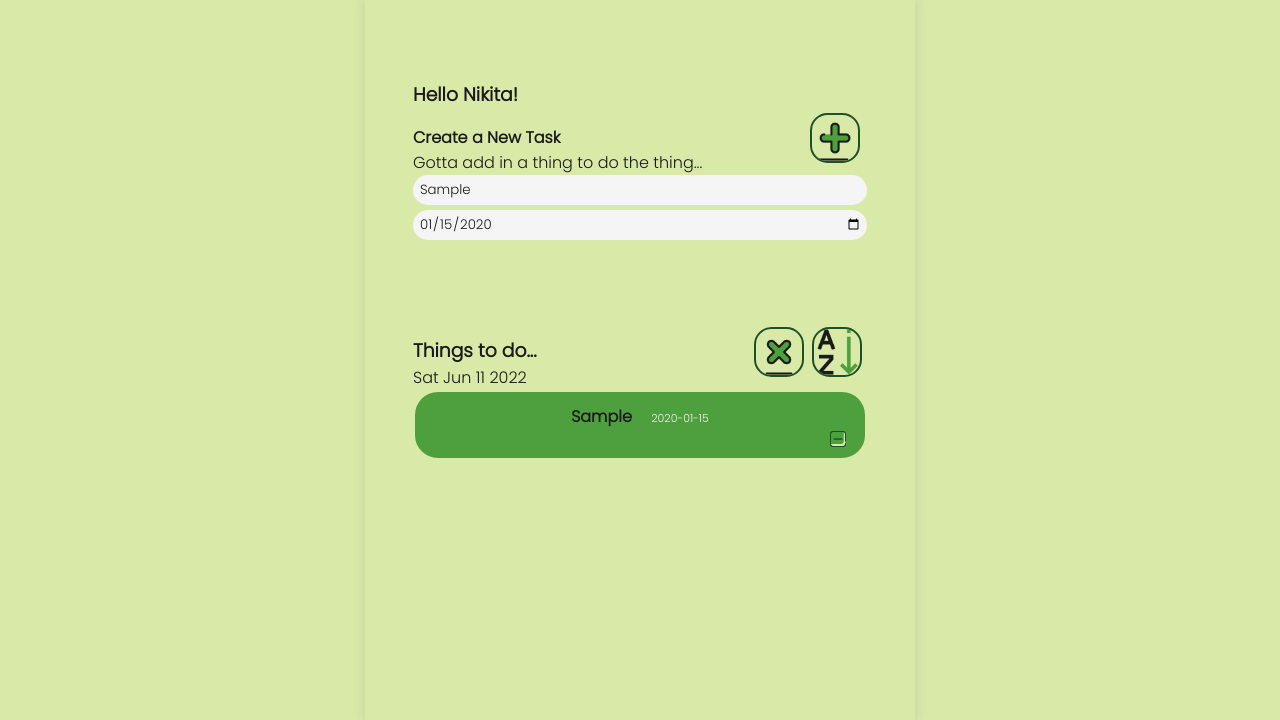
Repository: acidpixie/todo-app-version3
Page: index.html
An editor plug-in stored every save of this project. The page is shown before and after the next save, followed by the edit.
The browser window is 1280 px wide. The pictures show the whole page.
Empty fields were first filled with sample values (such as "Sample", 5 or name@example.com).
After loading, the first visible `#add-new-task-button` was clicked once.

Above is the page before, as saved 2022-06-23 21:28:59.
Console error: ReferenceError: load is not defined

### index.html
<!DOCTYPE html>
<html lang="en">
<head>
    <meta charset="UTF-8">
    <meta http-equiv="X-UA-Compatible" content="IE=edge">
    <meta name="viewport" content="width=device-width, initial-scale=1.0">
    <title>Todo Application</title>

    <link rel="stylesheet" type="text/css" href="css/stylesheet.css">
    <script type="text/javascript" src="js/script.js" defer></script>

    <!--google fonts - poppins-->
    <link rel="preconnect" href="https://fonts.googleapis.com">
    <link rel="preconnect" href="https://fonts.gstatic.com" crossorigin>
    <link href="https://fonts.googleapis.com/css2?family=Poppins:wght@200;300&display=swap" rel="stylesheet">


</head>
<body>

    <section>
        <header class="heading">
        <h3>Hello&nbsp;<div contenteditable="true">Nikita!</div></h3>
        </header>

        <div>
            <h4>Create a New Task</h4>
            <form>
                <label>Gotta add in a thing to do the thing...</label>
                <input type="text" class="user-input" id="input-task" placeholder="e.g go to gym">
                <p id="empty-input" class="empty-input"></p>
                <input type="date" class="user-date" id="input-date">
                <img src="images/add.png" type="submit" class="add-new-task" id="add-new-task-button" alt="plus icon"></img>
                </label>
            </form>
       </div>
    </section>

    <section>
        <div id="display-tasks" class="display">
            <h3>Things to do...</h3>
            <span class="title-date" id="title-date"></span>
            <ul class="task-item" id="task-list">
              <!--  <li class="list-item" id="list-item" data-id="${newTask.taskId}">

                    <div class="list-container" id="lists-container">
                        <span class="list-input" id="list-input" contenteditable="true">${newTask.taskname}</span>
                        <span class="list-date-input" id="list-date-input" contenteditable="true">${newTask.taskdate}</span>
                    </div>
                    <div class="list-buttons">
                        <button class="edit-item" id="edit-item"></button>
                        <img src="images/del.png" class="delete-item" id="delete-item"></img>
                    </div>

                </li> -->
            </ul>
        </div>
    </section>

    <section class="user-buttons" id="buttons-user">
        <img src="images/delete.png" class="user-button" id="clear-button" alt="cross icon"></img>
        <img src="images/sort-a-z.png" class="user-button" id="sort-button" alt="a-z arrow icon"></img>
    </section>


</body>
</html>

### css/stylesheet.css
/*color pallet
#191A19 - black
#1E5128 - dark green
#4E9F3D - light green
#D8E9A8 - whitish green gray
#f5f5f5 - white smoke
*/



* {
    box-sizing: border-box;
    font-family: "poppins", sans-serif;
    margin: 0;
}

body {
    background-color: #D8E9A8;
    color: #191A19;
    max-width: 550px;
    min-height: 100vh;
    margin: auto;
    box-shadow: 0 1px 10px 0px rgba(176, 173, 173, 0.467);
    position: relative;
}


section {
    padding: 3rem;
}

.heading {
    padding-top: 2rem;
    padding-bottom: 1rem;
}

form {
    display: flex;
    flex-direction: column;
}

input {
    height: 30px;
    border: solid 5px #f5f5f5;
    color: #191A19;
    background-color: #f5f5f5;
    border-radius: 25px;
}

.user-date {
    margin-top: 5px;
}

li {
    display: flex;
    flex-direction: row;
    padding-left: 0;
    padding-top: 10px;
    list-style: none;
}

ul{
    margin: 0;
    padding: 0;
}

li {
    display: flex;
    flex-direction: column;
    justify-content: center;
    height: 70px;
    width: auto;
    background-color: #4E9F3D ;
    border: solid 2px #D8E9A8;
    border-radius: 25px;
    align-items: center;
}

.edit-item {
    font-size: 8px;
    background-color: transparent;
    border: none;
    color: #D8E9A8;
    cursor: pointer;
}

.delete-item {
    margin-left: 380px;
    height: 20px;
    width: 20px;
    background-color: transparent ;
    border: none;
    cursor: pointer;
}


.user-buttons {
    display: flex;
    flex-direction: row;
    gap: 8px;
    position: absolute;
    bottom: 41%;
    right: 1%;
}

.user-button {
    display: flex;
    height: 50px;
    width: 50px;
    gap: 10px;
    border: solid 2px #1E5128;
    border-radius: 35%;
    cursor: pointer;

}

.user-button:hover {
    background-color: #1E5128;
}

.add-new-task {
    height: 50px;
    width: 50px;
    margin-top: 5px;
    position: absolute;
    top: 15%;
    right: 10%;
    background-color: none;
    border: solid 2px #1E5128;
    border-radius: 35%;
    cursor: pointer;
}

.add-new-task:hover {
    background-color: #1E5128;
}



.completed-task {
    text-decoration: line-through;
  }

.completed {
    filter: opacity(50%);
  }

.list-date-input {
    font-size: 11px;
    color: #f5f5f5 ;
    padding-left: 15px;

}

.list-input {
    font-weight: 600;
}

h3 {
    display: flex;
}

.empty-input {
    display: flex;
    justify-content: center;
    font-size: 12px;
    color: #9a1616;
}


@media screen and (max-width: 672px) {
    .user-buttons {
        display: flex;
        flex-direction: row;
        gap: 8px;
        position: absolute;
        bottom: 83%;
        right: 1%;
    }

    .add-new-task {
        height: 50px;
        width: 50px;
        margin-top: 5px;
        position: absolute;
        top: 4%;
        right: 10%;
        background-color: none;
        border: solid 2px #1E5128;
        border-radius: 35%;
        cursor: pointer;

    }}


@media screen and (max-width: 990px) {
    .user-buttons {
        display: flex;
        flex-direction: row;
        gap: 8px;
        position: absolute;
        bottom: 83%;
        right: 1%;
    }

    .add-new-task {
        height: 50px;
        width: 50px;
        margin-top: 5px;
        position: absolute;
        top: 4%;
        right: 10%;
        background-color: none;
        border: solid 2px #1E5128;
        border-radius: 35%;
        cursor: pointer;

    }}

@media screen and (max-width: 1280px) {

    .user-buttons {
        display: flex;
        flex-direction: row;
        gap: 8px;
        position: absolute;
        bottom: 41%;
        right: 1%;
    }


    .add-new-task {
        height: 50px;
        width: 50px;
        margin-top: 5px;
        position: absolute;
        top: 15%;
        right: 10%;
        background-color: none;
        border: solid 2px #1E5128;
        border-radius: 35%;
        cursor: pointer;
}}

### js/script.js
//today's date function
let date = new Date();
let dateHeader = date.toDateString();

const dateToday = document.getElementById('title-date');
dateToday.innerHTML = dateHeader;

const LOCAL_STORAGE_APP_KEY = "todo-app-storage-key";
let taskArray = JSON.parse(localStorage.getItem(LOCAL_STORAGE_APP_KEY)) || [];

//input variables
let taskInput = document.getElementById("input-task");
let taskInputDate = document.getElementById("input-date");
const taskInputSubmit = document.getElementById("add-new-task-button");
const emptyInput= document.getElementById("empty-input");

const taskList = document.getElementById("task-list");

const clearTaskList = document.getElementById("clear-button");
const sortTaskList = document.getElementById("sort-button");

let editInputTask = "";
let editInputDate = "";
let editId = "";
let isEdit = false;

// let taskArray = [];

class Task {
    constructor(taskid, taskname, taskdate) {
        this._taskid = taskid;
        this._taskname = taskname;
        this._taskdate = taskdate;
    }

    get taskid() {
        return this._taskid;
      }

      set taskid(newTaskId) {
        this._taskid = newTaskId;
      }

      get taskname() {
        return this._taskname;
      }

      set taskname(newTaskName) {
        this._taskname = newTaskName;
      }

      get taskdate() {
        return this._taskdate;
      }

      set taskdate(newTaskDate) {
        this._taskdate = newTaskDate;
      }
    }

    //event listeners

    taskInputSubmit.addEventListener("click", addTask);
    clearTaskList.addEventListener("click", clearTasks);
    sortTaskList.addEventListener("click", sortTasks);

    //function to add in a new task

    function addTask(e) {
        e.preventDefault();

        let userInput = document.getElementById("input-task").value;
        let userInputDate = document.getElementById("input-date").value;

        let newTaskId = new Date().getTime().toString();
        let userInputTask = userInput.charAt(0).toUpperCase() + userInput.slice(1);

        emptyInput.innerHTML= "";

        if (userInputTask !== "" && !isEdit) {
            let newTask = new Task(newTaskId, userInputTask, userInputDate);
            taskArray.push(newTask);

            const listElement = document.createElement("li");
            listElement.classList.add("list-item");
            const attr = document.createAttribute("data-id");
            attr.value = newTaskId;
            listElement.setAttributeNode(attr);

            //template literal to add in list inputs
            listElement.innerHTML = `
            <div class="list-container">
            <span class="list-input" id="list-input" contenteditable="true">${newTask.taskname}</span>
            <span class="list-date-input" id="list-date-input" contenteditable="true">${newTask.taskdate}</span>
            </div>
            <div class="list-buttons">
            <button class="edit-item" id="edit-item"></button>
            <img src="images/del.png" class="delete-item" id="delete-item"></img>
            </div>
            `;

            //variables and event listeners for buttons created in new li element
            const taskContent = listElement.querySelector(".list-container");
            const deleteButton = listElement.querySelector(".delete-item");
            const editButton = listElement.querySelector(".edit-item");

           deleteButton.addEventListener("click", deleteTask);
           editButton.addEventListener("click", editTask);

            taskList.appendChild(listElement);

            taskContent.addEventListener("dblclick", function(){
                taskContent.classList.toggle("completed-task");
                listElement.classList.toggle("completed");
            });

            saveAndRender();

        } else if (userInputTask !== "" && isEdit) {
            editInputTask.innerHTML = userInputTask;
            editInputDate.innerHTML = userInputDate;

            saveAndRender();

        } else if (userInputTask === "") {
            emptyInput.innerHTML = "task input cannot be blank";
        } else {
            emptyInput.innerHTML = "";
        }
    }

    // clear tasks

    function clearTasks() {
        const allTasks = document.querySelectorAll(".list-item");

        if (allTasks.length > 0) {
            allTasks.forEach(function (listItem) {
                taskList.removeChild(listItem);
            });

            saveAndRender();
            localStorage.removeItem("todo-app-storage-key");
        }
    }

    //sort tasks a-z

    function sortTasks() {
        [...taskList.children]
        .sort((a, b) => (a.innerText > b.innerText ? 1 : -1))
        .forEach((node) => taskList.appendChild(node));
    }

    //delete tasks

    function deleteTask(event) {
        let element = event.currentTarget.parentElement.parentElement;
        const id = element.dataset.id;
        taskList.removeChild(element);

        saveAndRender()
    }

    // edit tasks

 //  function editTask(event) {
 //   let element = event.currentTarget.parentElement.parentElement;
 //   const attrE = document.createAttribute("contenteditable");
 //   attrE.value = true;
 //   element.setAttributeNode(attrE);

 //   editId = element.dataset.id;
 //   isEdit = true;


 function editTask(button) {
    let x = document.getElementById("list-input");
    if (x.contentEditable == "true") {
        x.contentEditable = "false"; button.innerHTML = "SAVE";
    } else {x.contentEditable = "true"; button.innerHTML = "EDIT";
}

 }

 function saveAndRender() {
    load()
    saveToLocalStorage()
    setToDefault()
 }


    function setToDefault() {
        taskInput.value = "";
        taskInputDate.value = "";
        isEdit = false;
        editId = "";
    }

 function saveToLocalStorage() {
   taskArray = JSON.stringify(taskArray);
   localStorage.setItem(LOCAL_STORAGE_APP_KEY, taskArray);
   taskArray = JSON.parse(localStorage.getItem(LOCAL_STORAGE_APP_KEY));


 //  function saveToLocalStorage() {
 //   localStorage.setItem(LOCAL_STORAGE_APP_KEY, JSON.stringify(taskArray))

}

After the next save:
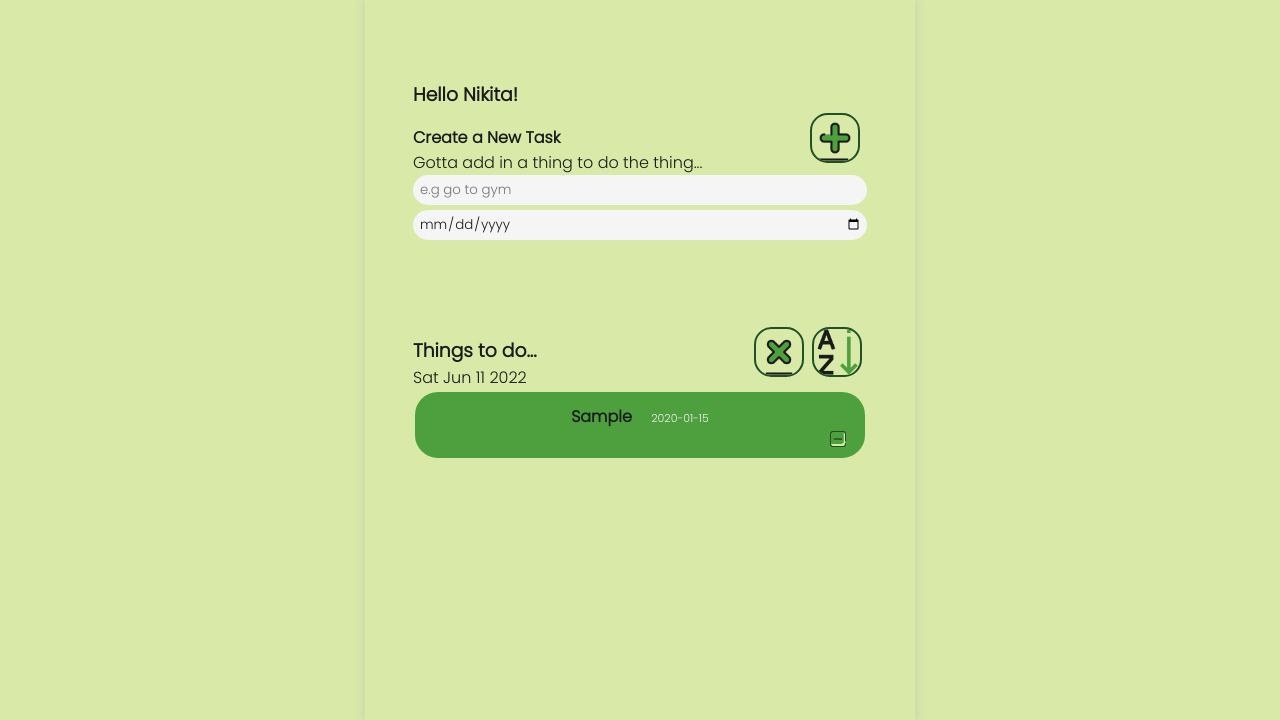
The error is gone.
Saved 3 min 11 s later.
--- a/js/script.js
+++ b/js/script.js
@@ -184,7 +184,6 @@ class Task {
  }
 
  function saveAndRender() {
-    load()
     saveToLocalStorage()
     setToDefault()
  }
